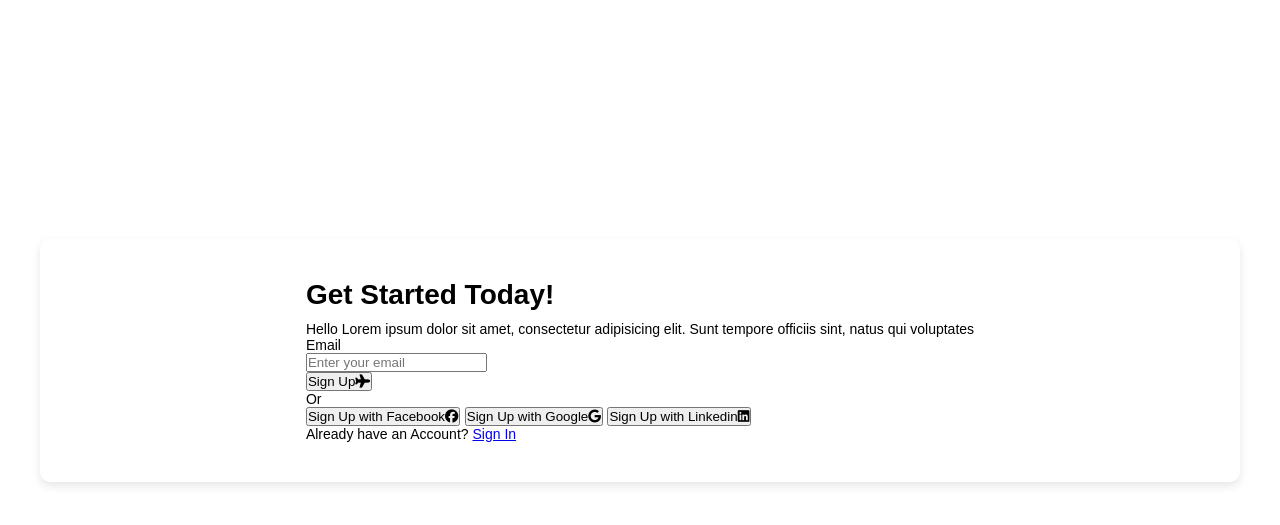
Repository: Femi007-gh/Login-V2
Page: index.html
These files come from the project's save history. The page is drawn as it stood at one moment and after a run of saves; the edit follows.
The browser window is 1280 px wide. The pictures show the whole page.

Above is the page before, as saved 2025-01-27 06:59:41.

### index.html
<html>
    <head>
        <title></title>
  <link rel="stylesheet" href="style.css">
  <link rel="stylesheet" href="https://cdnjs.cloudflare.com/ajax/libs/font-awesome/6.5.0/css/all.min.css">
    </head>
    <body>
        <div class="container">
            <div class="left-session">
                <div class="form-container">
                    <h1>Get Started Today!</h1>
                    <p> Hello Lorem ipsum dolor sit amet, consectetur adipisicing elit. Sunt tempore officiis sint, natus qui voluptates </p>
                    <form>
                        <div class="input-group">
                            <p>Email</p>
                            <input type="email" id="email" placeholder="Enter your email" required>
                        </div>
                        <button class="primary-btn" type="submit">Sign Up<i class="fa-solid fa-plane"></i></button>
                    </form>
                    <p class="divider">Or</p>
                    <div class="social-buttons">
                        <button class="social-buttons-facebook-btn">
                            Sign Up with Facebook<i class="fa-brands fa-facebook"></i>
                        </button>
                        <button class="social-buttons-google-btn">
                            Sign Up with Google<i class="fa-brands fa-google"></i>
                        </button>
                        <button class="social-buttons-Linkedin-btn">
                            Sign Up with Linkedin<i class="fa-brands fa-linkedin"></i>
                        </button>
                    </div>
                    <p>Already have an Account? <a href="#">Sign In</a></p>
                </div>
            </div>
            <div class="right-section"></div>
        </div>
    </body>
</html>

### style.css
* {
   padding: 0;
   margin: 0;
   box-sizing: border-box;
}

body {
    font-family: sans-serif;
    background-color: #fff;
    display: flex;
    justify-content: center;
    align-items: center;
}

.container {
  display: flex;
  max-width: 1200px;
  width: 100%;
  background-color: #fff;
  border-radius: 10px;
  overflow: hidden;
  box-shadow: 0 4px 10px rgba(0, 0, 0, 0.1);
}

.left-session {
  flex: 1;
  padding: 40px;
  display: flex;
  justify-content: center;
  align-items: center;
}

h1 {
  font-size: 28px;
  font-weight: bold;
  margin-bottom: 10px;
}

p {
  font-size: 14
}

After the next 3 saves:
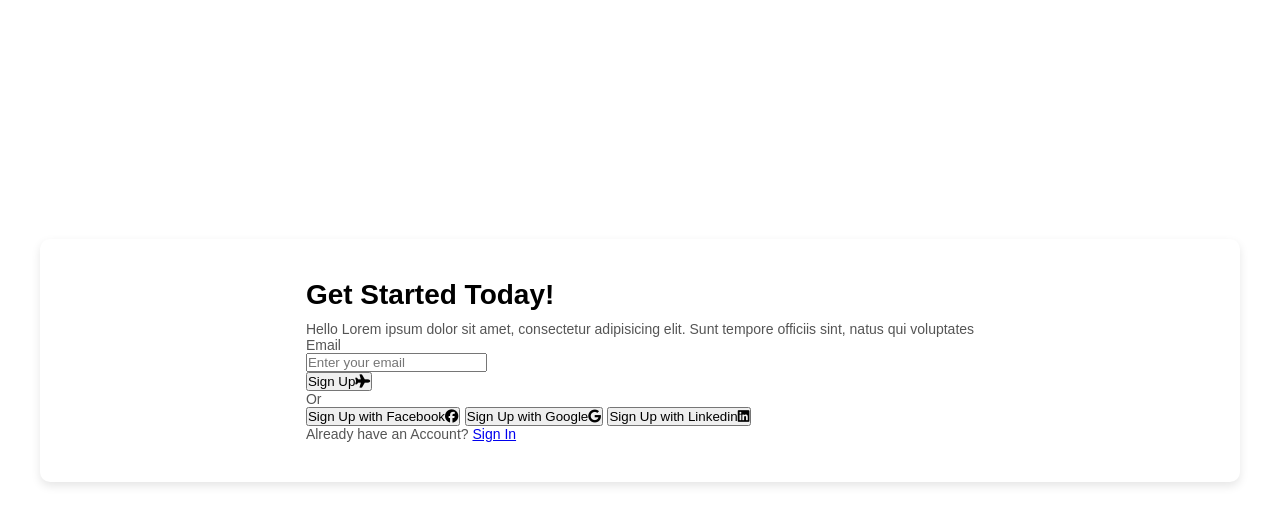
The 3 saves are shown as one change because they came seconds apart.
The last was saved 12 s later.
--- a/style.css
+++ b/style.css
@@ -37,5 +37,6 @@ h1 {
 }
 
 p {
-  font-size: 14
+  font-size: 14px;
+  color: #555;
 }
